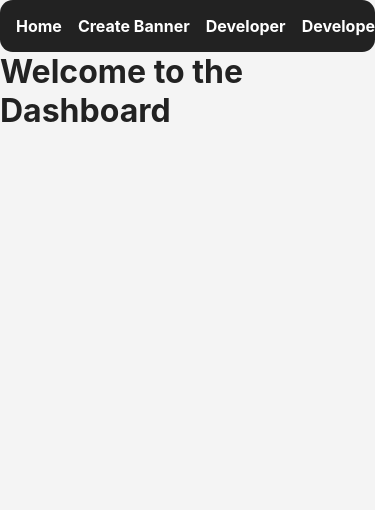
Repository: Yuravolontir/--Baner-Editor--
Page: dashboard.html
The author's editor kept a copy of each file at every save. The page is drawn from the files as they stood at one save, then again after the next save.
The browser window is 375 px wide. The pictures show the whole page.

Above is the page before, as saved 2025-07-15 22:38:39.
Console error: TypeError: Cannot read properties of null (reading 'addEventListener')

After the next save:
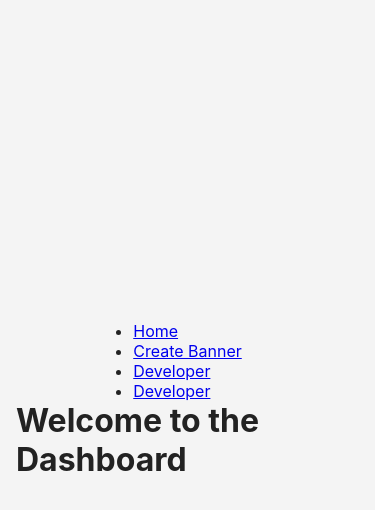
Saved 77 s later.
--- a/styles/styles.css
+++ b/styles/styles.css
@@ -21,134 +21,60 @@ html, body {
   background-color: var(--color-bg);
   color: var(--color-dark);
   height: 100%;
-  overflow: hidden;
 }
 
 body {
   display: flex;
   flex-direction: column;
-  padding: 0;
+  padding: 1rem;
+  align-items: center;
+  justify-content: center;
 }
 
-nav ul {
-  list-style: none;
-  display: flex;
-  gap: 1rem;
-  background-color: var(--color-dark);
-  padding: 1rem;
+#form-container {
+  background-color: var(--control-bg);
+  padding: 2rem;
   border-radius: var(--border-radius);
-  overflow-x: auto;
+  box-shadow: 0 0 10px rgba(0, 0, 0, 0.1);
+  width: 100%;
+  max-width: 400px;
 }
 
-nav a {
-  color: white;
-  text-decoration: none;
+form label {
   font-weight: bold;
-  white-space: nowrap;
+  margin-bottom: 0.3rem;
+  display: block;
 }
 
-#banner-builder-container {
-  display: grid;
-  grid-template-columns: 1fr 1fr;
-  gap: 2rem;
-  padding: 1rem;
-  height: calc(100vh - 80px);
-  overflow: hidden;
+form input[type="text"],
+form input[type="email"],
+form input[type="password"] {
+  width: 100%;
+  padding: 0.6rem;
+  margin-bottom: 1rem;
+  font-size: 1rem;
+  border: 1px solid #ccc;
+  border-radius: var(--border-radius);
 }
 
-#controls-section {
-  display: flex;
-  flex-direction: column;
-  gap: 1rem;
-  background-color: var(--control-bg);
-  padding: 1rem;
-  border-radius: var(--border-radius);
-  box-shadow: 0 0 10px rgba(0, 0, 0, 0.1);
-  overflow-y: auto;
-  max-height: 100%;
-}
-
-#controls-section h3 {
-  margin-bottom: 0.3rem;
-  font-size: 1rem;
-}
-
-#controls-section input[type="color"],
-#controls-section input[type="number"],
-#controls-section select,
-#controls-section textarea {
-  width: 100%;
-  padding: 0.5rem;
-  font-size: 0.95rem;
-  border: 1px solid #ccc;
-  border-radius: 0.5rem;
-}
-
-#controls-section input[type="color"]
-{
-  width: 30%;
-  height: auto;
-  padding: 0.3rem;
-  font-size: 0.95rem;
-  border: 1px solid #ccc;
-  border-radius: 0.5rem;
-  min-height: 3rem;
-
-}
-
-#controls-section textarea {
-  min-height: 4rem;
-  resize: vertical;
-}
-
-button {
+button[type="submit"] {
   background-color: var(--color-accent);
   color: white;
   border: none;
-  padding: 0.6rem 1rem;
+  padding: 0.8rem 1.2rem;
   font-size: 1rem;
   border-radius: var(--border-radius);
   cursor: pointer;
   transition: background-color 0.2s ease;
-  width: 10rem;
-
-}
-#downloadBanner{
-  margin-left: auto;
-  margin-right: auto;
+  width: 100%;
 }
 
-button:hover {
+button[type="submit"]:hover {
   background-color: #2c3e91;
 }
 
-#preview {
-  background-color: white;
-  border: 1px solid #ccc;
-  min-height: 40vh;
-  display: flex;
-  justify-content: center;
-  align-items: center;
-  padding: 1rem;
-  border-radius: var(--border-radius);
-  overflow: auto;
-  height: 100%;
-}
-
-@media (max-width: 768px) {
-  #banner-builder-container {
-    grid-template-columns: 1fr;
-    grid-template-rows: auto 1fr;
-    height: auto;
-  }
-
-  #controls-section {
-    max-height: none;
-    height: auto;
-  }
-
-  #preview {
-    height: 50vh;
-    margin-top: 1rem;
+@media (max-width: 500px) {
+  #form-container {
+    padding: 1rem;
   }
 }
